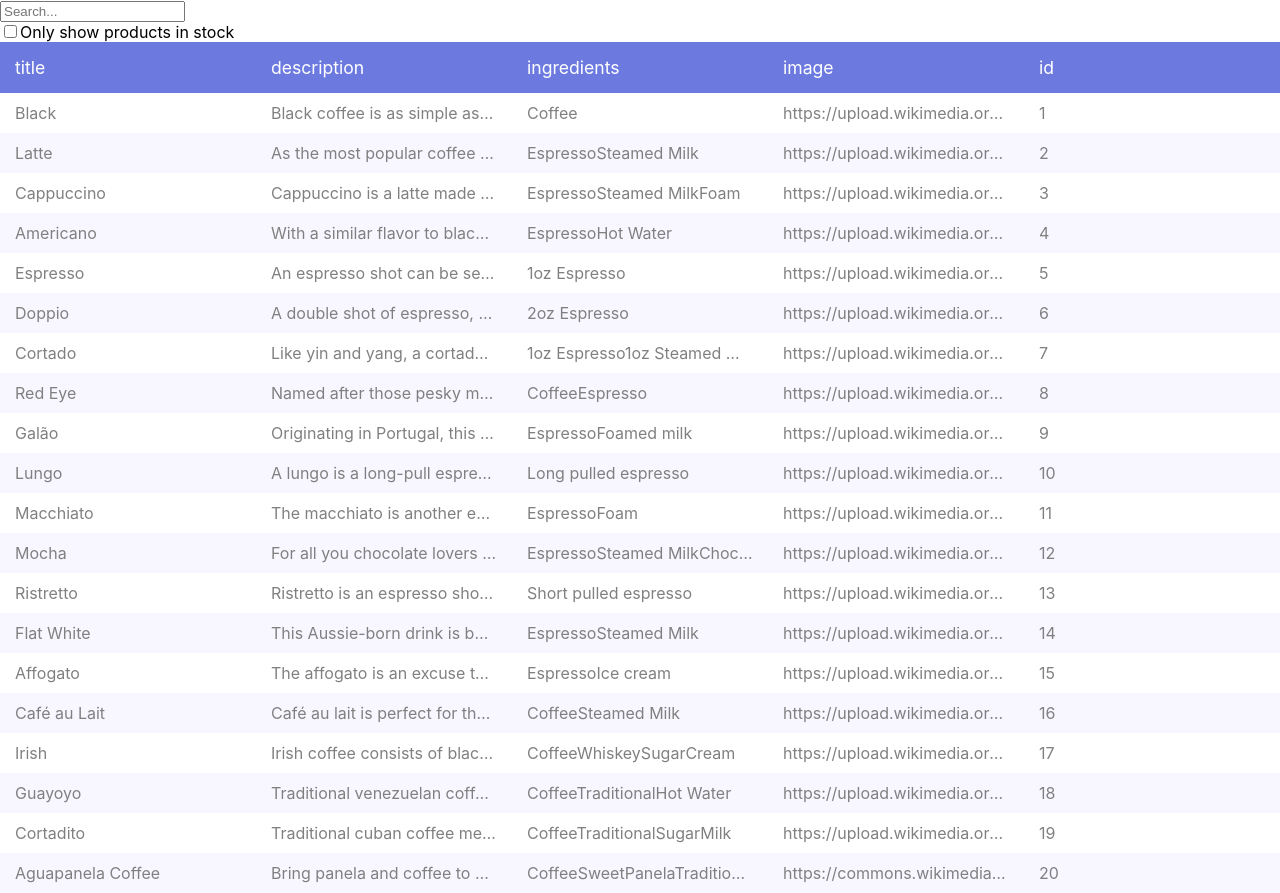
Repository: mariocapitbrok/reactjs-learn
Page: / (app in 05_filtered-data-table/)
An editor plug-in stored every save of this project. The page is shown before and after the next save, followed by the edit.
The browser window is 1280 px wide. The pictures show the whole page.
The project was rebuilt for these pictures with package versions that can differ from the ones it lists, and the page was loaded fresh each time.

Above is the page before, as saved 2023-02-26 02:39:07.

### 05_filtered-data-table/src/App.js
import SearchInput from './components/SearchInput'
import ToogleOption from './components/ToogleOption'
import Table from './components/Table'
import './App.css'

function App() {
  return (
    <div className="App">
      <SearchInput />
      <ToogleOption />
      <Table id="my-table" data={dataC} />
    </div>
  )
}

export default App

const PRODUCTS = [
  { category: 'Fruits', price: '$1', stocked: true, name: 'Apple' },
  { category: 'Fruits', price: '$1', stocked: true, name: 'Dragonfruit' },
  { category: 'Fruits', price: '$2', stocked: false, name: 'Passionfruit' },
  { category: 'Vegetables', price: '$2', stocked: true, name: 'Spinach' },
  { category: 'Vegetables', price: '$4', stocked: false, name: 'Pumpkin' },
  { category: 'Vegetables', price: '$1', stocked: true, name: 'Peas' },
]

const COFFEE = [
  {
    title: 'Black',
    description:
      'Black coffee is as simple as it gets with ground coffee beans steeped in hot water, served warm. And if you want to sound fancy, you can call black coffee by its proper name: cafe noir.',
    ingredients: ['Coffee'],
    image:
      'https://upload.wikimedia.org/wikipedia/commons/thumb/4/45/A_small_cup_of_coffee.JPG/640px-A_small_cup_of_coffee.JPG',
    id: 1,
  },
  {
    title: 'Latte',
    description:
      'As the most popular coffee drink out there, the latte is comprised of a shot of espresso and steamed milk with just a touch of foam. It can be ordered plain or with a flavor shot of anything from vanilla to pumpkin spice.',
    ingredients: ['Espresso', 'Steamed Milk'],
    image:
      'https://upload.wikimedia.org/wikipedia/commons/thumb/9/9f/Latte_at_Doppio_Ristretto_Chiang_Mai_01.jpg/509px-Latte_at_Doppio_Ristretto_Chiang_Mai_01.jpg',
    id: 2,
  },
  {
    title: 'Cappuccino',
    description:
      'Cappuccino is a latte made with more foam than steamed milk, often with a sprinkle of cocoa powder or cinnamon on top. Sometimes you can find variations that use cream instead of milk or ones that throw in flavor shot, as well.',
    ingredients: ['Espresso', 'Steamed Milk', 'Foam'],
    image:
      'https://upload.wikimedia.org/wikipedia/commons/e/ed/Wet_Cappuccino_with_heart_latte_art.jpg',
    id: 3,
  },
  {
    title: 'Americano',
    description:
      'With a similar flavor to black coffee, the americano consists of an espresso shot diluted in hot water.',
    ingredients: ['Espresso', 'Hot Water'],
    image:
      'https://upload.wikimedia.org/wikipedia/commons/thumb/0/09/Hokitika_Cheese_and_Deli%2C_Hokitika_%283526706594%29.jpg/1280px-Hokitika_Cheese_and_Deli%2C_Hokitika_%283526706594%29.jpg',
    id: 4,
  },
  {
    title: 'Espresso',
    description:
      'An espresso shot can be served solo or used as the foundation of most coffee drinks, like lattes and macchiatos.',
    ingredients: ['1oz Espresso'],
    image:
      'https://upload.wikimedia.org/wikipedia/commons/a/a5/Tazzina_di_caff%C3%A8_a_Ventimiglia.jpg',
    id: 5,
  },
  {
    title: 'Doppio',
    description:
      'A double shot of espresso, the doppio is perfect for putting extra pep in your step.',
    ingredients: ['2oz Espresso'],
    image:
      'https://upload.wikimedia.org/wikipedia/commons/thumb/f/f3/Doppio.jpg/2560px-Doppio.jpg',
    id: 6,
  },
  {
    title: 'Cortado',
    description:
      'Like yin and yang, a cortado is the perfect balance of espresso and warm steamed milk. The milk is used to cut back on the espresso’s acidity.',
    ingredients: ['1oz Espresso', '1oz Steamed Milk'],
    image:
      'https://upload.wikimedia.org/wikipedia/commons/1/16/Caf%C3%A9Cortado%28Tallat%29.jpg',
    id: 7,
  },
  {
    title: 'Red Eye',
    description:
      'Named after those pesky midnight flights, a red eye can cure any tiresome morning. A full cup of hot coffee with an espresso shot mixed in, this will definitely get your heart racing.',
    ingredients: ['Coffee', 'Espresso'],
    image:
      'https://upload.wikimedia.org/wikipedia/commons/f/f7/Linea_doubleespresso.jpg',
    id: 8,
  },
  {
    title: 'Galão',
    description:
      'Originating in Portugal, this hot coffee drink is closely related to the latte and cappuccino. Only difference is it contains about twice as much foamed milk, making it a lighter drink compared to the other two.',
    ingredients: ['Espresso', 'Foamed milk'],
    image:
      'https://upload.wikimedia.org/wikipedia/commons/thumb/0/06/Gal%C3%A3o.jpg/1280px-Gal%C3%A3o.jpg',
    id: 9,
  },
  {
    title: 'Lungo',
    description:
      'A lungo is a long-pull espresso. The longer the pull, the more caffeine there is and the more ounces you can enjoy.',
    ingredients: ['Long pulled espresso'],
    image:
      'https://upload.wikimedia.org/wikipedia/commons/6/6a/Caff%C3%A8_lungo.JPG',
    id: 10,
  },
  {
    title: 'Macchiato',
    description:
      'The macchiato is another espresso-based drink that has a small amount of foam on top. It’s the happy medium between a cappuccino and a doppio.',
    ingredients: ['Espresso', 'Foam'],
    image:
      'https://upload.wikimedia.org/wikipedia/commons/0/07/Caff%C3%A8_Espresso_Macchiato_Schiumato.jpg',
    id: 11,
  },
  {
    title: 'Mocha',
    description:
      'For all you chocolate lovers out there, you’ll fall in love with a mocha (or maybe you already have). The mocha is a chocolate espresso drink with steamed milk and foam.',
    ingredients: ['Espresso', 'Steamed Milk', 'Chocolate'],
    image:
      'https://upload.wikimedia.org/wikipedia/commons/f/f6/Mocaccino-Coffee.jpg',
    id: 12,
  },
  {
    title: 'Ristretto',
    description:
      'Ristretto is an espresso shot. It uses less hot water which creates a sweeter flavor compared to the bitter taste of a traditional shot of espresso or a doppio.',
    ingredients: ['Short pulled espresso'],
    image:
      'https://upload.wikimedia.org/wikipedia/commons/1/12/Doppio_ristretto_Chiang_Mai.jpg',
    id: 13,
  },
  {
    title: 'Flat White',
    description:
      'This Aussie-born drink is basically a cappuccino without the foam or chocolate sprinkle. It’s an espresso drink with steamed milk.',
    ingredients: ['Espresso', 'Steamed Milk'],
    image:
      'https://upload.wikimedia.org/wikipedia/commons/6/6b/Flat_white_coffee_with_pretty_feather_pattern.jpg',
    id: 14,
  },
  {
    title: 'Affogato',
    description:
      'The affogato is an excuse to enjoy a scoop of ice cream any time of day (and any time of year in my opinion). Served with a scoop of ice cream and a shot of espresso, or two.',
    ingredients: ['Espresso', 'Ice cream'],
    image:
      'https://upload.wikimedia.org/wikipedia/commons/1/17/Vinoteca%2C_Smithfield%2C_London_%284485849609%29.jpg',
    id: 15,
  },
  {
    title: 'Café au Lait',
    description:
      'Café au lait is perfect for the coffee minimalist who wants a bit more flavor. Just add a splash of warm milk to your coffee and you’re all set!',
    ingredients: ['Coffee', 'Steamed Milk'],
    image: 'https://upload.wikimedia.org/wikipedia/commons/0/06/Latte_art.jpg',
    id: 16,
  },
  {
    title: 'Irish',
    description:
      'Irish coffee consists of black coffee, whiskey and sugar, topped with whipped cream.',
    ingredients: ['Coffee', 'Whiskey', 'Sugar', 'Cream'],
    image:
      'https://upload.wikimedia.org/wikipedia/commons/6/61/Irish_coffee_glass.jpg',
    id: 17,
  },
  {
    title: 'Guayoyo',
    description:
      "Traditional venezuelan coffee prepared by filtering the ground coffee in a cone of cloth and pouring hot water on top of it. It's prefferably drinked wihout milk nor cream.",
    ingredients: ['Coffee', 'Traditional', 'Hot Water'],
    image:
      'https://upload.wikimedia.org/wikipedia/commons/thumb/4/45/A_small_cup_of_coffee.JPG/640px-A_small_cup_of_coffee.JPG',
    id: 18,
  },
  {
    title: 'Cortadito',
    description:
      'Traditional cuban coffee method where a bit of freshly brewed coffee is mixed with sugar to create a highly sugared paste. Then add the rest of the coffee and stir adding milk until a 50/50 ratio is achieved.',
    ingredients: ['Coffee', 'Traditional', 'Sugar', 'Milk'],
    image:
      'https://upload.wikimedia.org/wikipedia/commons/9/9b/Cuban_coffee-_2013-04-05_14-30.jpg',
    id: 19,
  },
  {
    title: 'Aguapanela Coffee',
    description:
      'Bring panela and coffee to a boil in a small pan for 30 minutes until panela is melted. Brew your coffee using your favorite brewing technique but add the hot aguapanela instead of hot water. Delicious sweetened coffee is ready.',
    ingredients: ['Coffee', 'Sweet', 'Panela', 'Traditional'],
    image:
      'https://commons.wikimedia.org/wiki/File:Agua_Panela_con_Queso_Fresco_at_La_Puerta_Falsa_(5617496209).jpg#/media/File:Agua_Panela_con_Queso_Fresco_at_La_Puerta_Falsa_(5617496209).jpg',
    id: 20,
  },
]

const dataA = PRODUCTS

const dataB = PRODUCTS.map(p => ({
  name: p.name,
  price: parseFloat(p.price.slice(1)).toFixed(2),
}))

const dataC = COFFEE

### 05_filtered-data-table/src/components/SearchInput.jsx
function SearchInput() {
  return (
    <div>
      <input type="text" placeholder="Search..." />
    </div>
  )
}

export default SearchInput

### 05_filtered-data-table/src/components/ToogleOption.jsx
function ToogleOption() {
  return (
    <div>
      <label>
        <input type="checkbox" />
        {`Only show products in stock`}
      </label>
    </div>
  )
}

export default ToogleOption

### 05_filtered-data-table/src/components/Table.jsx
import '../App.css'

function Table({ id, data }) {
  const tableHeaders = createTableHeaders(data)
  const tableRows = createTableRows(data)

  return (
    <table id={id}>
      <thead>{tableHeaders}</thead>
      <tbody>{tableRows}</tbody>
    </table>
  )
}

export default Table

function createTableHeaders(data) {
  const keys = Object.keys(data[0])
  const headerCells = keys.map(key => (
    <th key={key} className={key}>
      {key}
    </th>
  ))

  return <tr>{headerCells}</tr>
}

function createTableRows(data) {
  return data.map(row => {
    const cells = Object.entries(row).map(([key, value]) => (
      <td key={row.id ? `${row.id}-${key}` : createUniqueId()} className={key}>
        {value}
      </td>
    ))
    return <tr key={row.id || createUniqueId()}>{cells}</tr>
  })
}

function createUniqueId() {
  const randomStr = Math.random().toString(36).slice(2, 11)
  return `${randomStr}`
}

### 05_filtered-data-table/src/App.css

/* Table*/
/* #my-table {
  width: 100%;
}

#my-table th {
  text-align: left;
}

#my-table th, #my-table td {
  border: 1px solid #ddd;
}

td.price {
  text-align: right;
}

th {
  text-transform: capitalize;
}

th.description {
  min-width: 300px;
}

.image {
  max-width: 300px;
  overflow-wrap: break-word;
} */

* {
  box-sizing: border-box;
}

html,
body {
  padding: 0;
  margin: 0;
}

body {
  font-family: BlinkMacSystemFont, -apple-system, "Segoe UI", "Roboto", "Oxygen", "Ubuntu", "Cantarell", "Fira Sans", "Droid Sans", "Helvetica Neue", "Helvetica", "Arial", sans-serif;
}

table {
  min-width: 100vw;
  width: auto;
  flex: 1;
  display: grid;
  border-collapse: collapse;
  /* These are just initial values which are overriden using JavaScript when a column is resized */
  grid-template-columns:
    minmax(150px, 1fr)
    minmax(150px, 1fr)
    minmax(150px, 1fr)
    minmax(150px, 1fr)
    minmax(150px, 1fr)
;
}

thead,
tbody,
tr {
  display: contents;
}

th,
td {
  padding: 15px;
  overflow: hidden;
  text-overflow: ellipsis;
  white-space: nowrap;
}

th {
  position: sticky;
  top: 0;
  background: #6c7ae0;
  text-align: left;
  font-weight: normal;
  font-size: 1.1rem;
  color: white;
  position: relative;
}

th:last-child {
  border: 0;
}

.resize-handle {
  position: absolute;
  top: 0;
  right: 0;
  bottom: 0;
  background: black;
  opacity: 0;
  width: 3px;
  cursor: col-resize;
}

.resize-handle:hover,
/* The following selector is needed so the handle is visible during resize even if the mouse isn't over the handle anymore */
.header--being-resized .resize-handle {
  opacity: 0.5;
}

th:hover .resize-handle {
  opacity: 0.3;
}

td {
  padding-top: 10px;
  padding-bottom: 10px;
  color: #808080;
}

tr:nth-child(even) td {
  background: #f8f6ff;
}

Loaded but not shown: 05_filtered-data-table/public/index.html (common file); 05_filtered-data-table/src/index.js (common file); 05_filtered-data-table/src/index.css (common file); 05_filtered-data-table/src/reportWebVitals.js (common file)

After the next save:
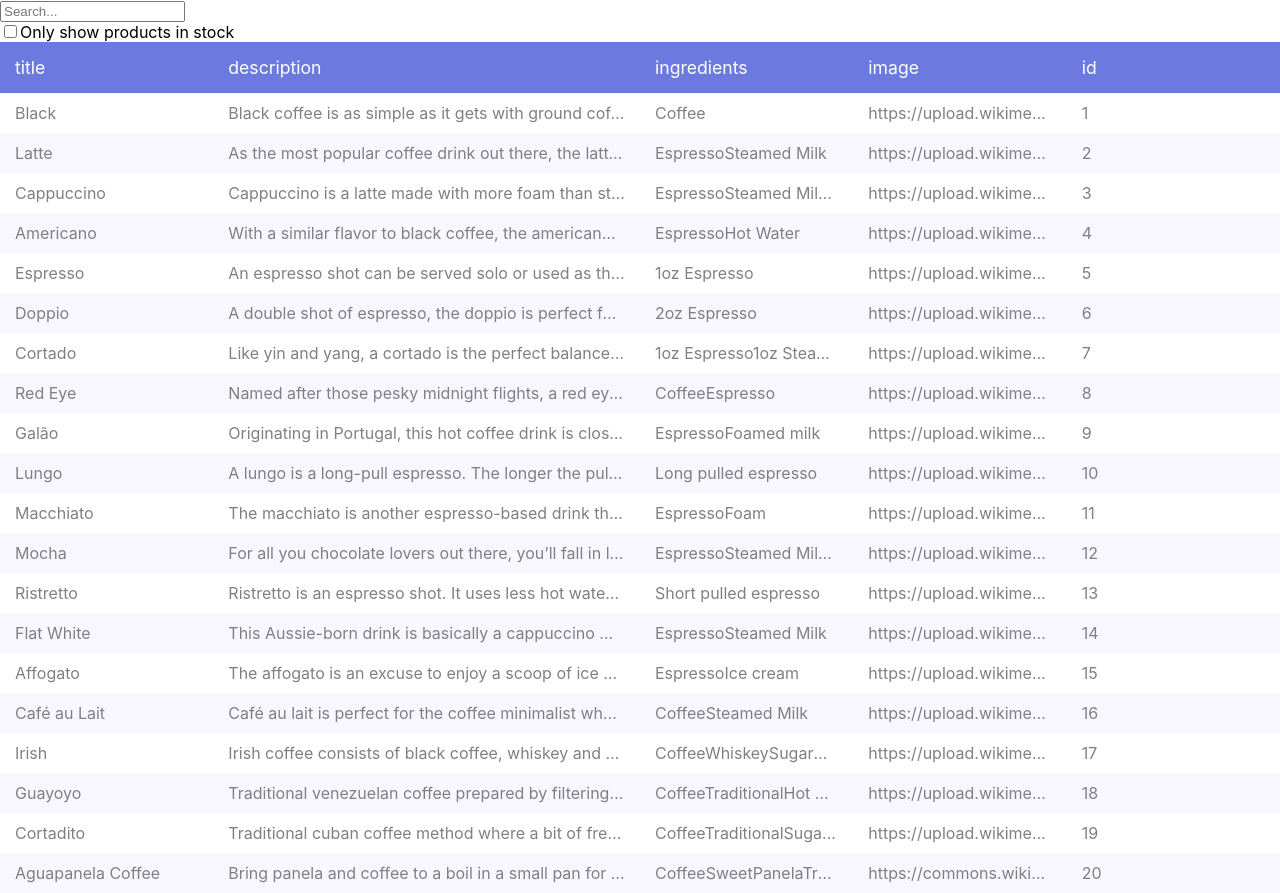
Saved 13 s later.
--- a/05_filtered-data-table/src/App.css
+++ b/05_filtered-data-table/src/App.css
@@ -52,7 +52,7 @@ table {
   /* These are just initial values which are overriden using JavaScript when a column is resized */
   grid-template-columns:
     minmax(150px, 1fr)
-    minmax(150px, 1fr)
+    minmax(150px, 2fr)
     minmax(150px, 1fr)
     minmax(150px, 1fr)
     minmax(150px, 1fr)
